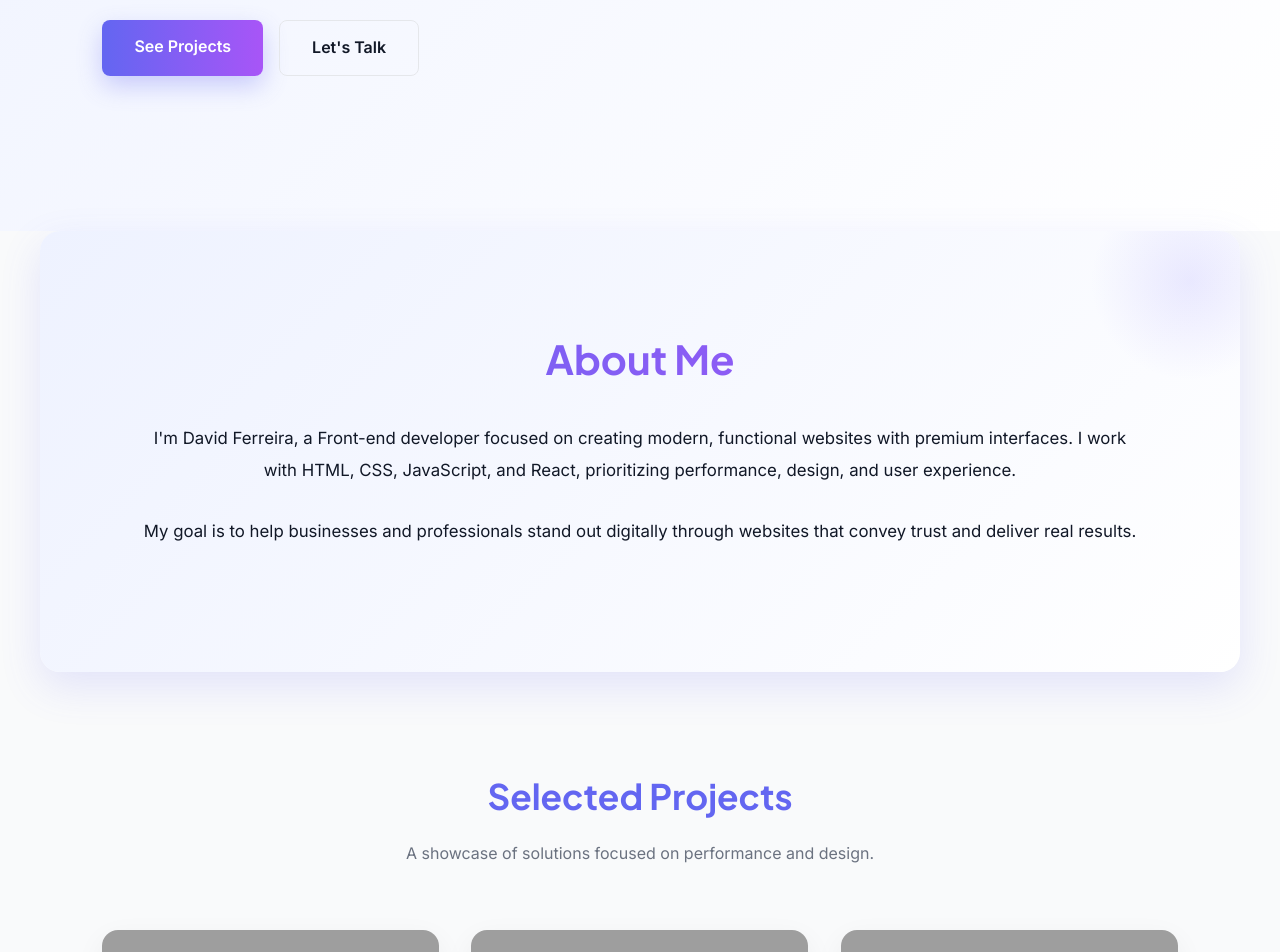
Repository: davidfsillva/David_Ferreira
Page: index.html
The author's editor kept a copy of each file at every save. The page is drawn from the files as they stood at one save, then again after the next save.
The browser window is 1280 px wide. The pictures show the part of the page from y = 489 to 1441 px (the page is 2882 px tall before and 2946 px after).
Pictures or frames that could not be fetched are drawn as grey boxes.

Above is the page before, as saved 2026-02-11 15:13:09.
Console error: TypeError: Cannot read properties of null (reading 'addEventListener')

### index.html
<!DOCTYPE html>
<html lang="en">
<head>
    <meta charset="UTF-8">
    <meta name="viewport" content="width=device-width, initial-scale=1.0">

    <title>David Ferreira | Front-end Developer & Premium UI Designer</title>

    <!-- Primary SEO -->
    <meta name="description" content="David Ferreira is a front-end developer specialized in premium interfaces, high-conversion landing pages, and modern digital experiences.">
    <meta name="keywords" content="Front-end Developer, Web Designer, UI Designer, Landing Page, Web Development, Freelancer Brazil">
    <meta name="author" content="David Ferreira">
    <meta name="robots" content="index, follow">
    <link rel="canonical" href="https://yourdomain.com/">

    <!-- Open Graph (Facebook, LinkedIn) -->
    <meta property="og:title" content="David Ferreira | Premium Front-end Developer">
    <meta property="og:description" content="High-standard digital interfaces focused on performance and conversion.">
    <meta property="og:image" content="https://yourdomain.com/preview.jpg">
    <meta property="og:url" content="https://yourdomain.com/">
    <meta property="og:type" content="website">

    <!-- Twitter Card -->
    <meta name="twitter:card" content="summary_large_image">
    <meta name="twitter:title" content="David Ferreira | Web Developer">
    <meta name="twitter:description" content="Premium web development focused on performance and modern design.">
    <meta name="twitter:image" content="https://yourdomain.com/preview.jpg">

    <!-- Favicon -->
    <link rel="icon" href="favicon.ico" type="image/x-icon">

    <!-- Fonts -->
    <link href="https://fonts.googleapis.com/css2?family=Inter:wght@300;400;600&family=Plus+Jakarta+Sans:wght@700;800&display=swap" rel="stylesheet">

    <!-- Font Awesome -->
    <link rel="stylesheet" href="https://cdnjs.cloudflare.com/ajax/libs/font-awesome/6.5.0/css/all.min.css" integrity="sha512-..." crossorigin="anonymous" referrerpolicy="no-referrer" />

    <link rel="stylesheet" href="style.css">
</head>

<body>

    <!-- NAVBAR -->
    <nav class="navbar">
        <div class="logo"><a href="#">David | Web Developer<span>.</span></a></div>

        <ul class="nav-links">
            <li><a href="#about">About</a></li>
            <li><a href="#portfolio">Projects</a></li>
            <li><a href="#contact" class="btn-sm">Contact</a></li>
        </ul>
    </nav>

    <!-- HERO -->
    <section class="hero">
        <div class="hero-content">
            <h1>Creating high-level digital <span> with code experiences</span></h1>
            <p>Front-end developer specialized in high-standard interfaces and landing pages focused on results.</p>
            <div class="hero-btns">
                <a href="#portfolio" class="btn-primary">See Projects</a>
                <a href="#contact" class="btn-secondary">Let's Talk</a>
            </div>
        </div>
        <div class="hero-visual">
            <div class="hero-glow"></div>
        </div>
    </section>

    <!-- ABOUT -->
    <section id="about" class="section">
        <h2>About Me</h2>
        <p>I'm David Ferreira, a Front-end developer focused on creating modern, functional websites with premium interfaces. I work with HTML, CSS, JavaScript, and React, prioritizing performance, design, and user experience.</p>
        <p>My goal is to help businesses and professionals stand out digitally through websites that convey trust and deliver real results.</p>
    </section>

    <!-- PORTFOLIO -->
    <section id="portfolio" class="portfolio">
        <div class="section-header">
            <h2>Selected Projects</h2>
            <p>A showcase of solutions focused on performance and design.</p>
        </div>
        <div class="portfolio-grid">
            <!-- Project 1 -->
            <a href="https://davidfsillva.github.io/Alex-Carter/" target="_blank" class="project-link">
                <div class="project-card">
                    <div class="card-image">
                        <img src="img/alex.png" alt="Alex Carter Project">
                        <div class="card-overlay"><span>View Details</span></div>
                    </div>
                    <div class="card-info">
                        <h3>Alex Carter | Landing Page</h3>
                        <p>Personal branding website for a professional athlete.</p>
                    </div>
                </div>
            </a>

            <!-- Project 2 -->
            <a href="https://davidfsillva.github.io/e-hammershark/" target="_blank" class="project-link">
                <div class="project-card">
                    <div class="card-image">
                        <img src="img/ecomerce.png" alt="Hammershark Project">
                        <div class="card-overlay"><span>View Details</span></div>
                    </div>
                    <div class="card-info">
                        <h3>Hammershark | E-commerce</h3>
                        <p>Fitness fashion e-commerce, focused on branding and shopping experience.</p>
                    </div>
                </div>
            </a>

            <!-- Project 3 -->
            <a href="https://davidfsillva.github.io/landing-page/" target="_blank" class="project-link">
                <div class="project-card">
                    <div class="card-image">
                        <img src="img/landingpage.png" alt="Landing Page Project">
                        <div class="card-overlay"><span>View Details</span></div>
                    </div>
                    <div class="card-info">
                        <h3>Lucas Andrade | Landing Page</h3>
                        <p>Strategic landing page for lead generation and conversion.</p>
                    </div>
                </div>
            </a>

            <!-- Project 4 -->
            <a href="https://davidfsillva.github.io/beatriz-almeida-adv/" target="_blank" class="project-link">
                <div class="project-card">
                    <div class="card-image">
                        <img src="img/adv.png" alt="Beatriz Almeida Law Firm Project">
                        <div class="card-overlay"><span>View Details</span></div>
                    </div>
                    <div class="card-info">
                        <h3>Beatriz Almeida Law Firm | Institutional Website</h3>
                        <p>Institutional website conveying authority and trust.</p>
                    </div>
                </div>
            </a>
        </div>
    </section>

    <!-- CTA / CONTACT -->
    <section id="contact" class="cta-section">
        <h2>Ready to elevate your digital presence?</h2>
        <p>Turn your idea into a high-standard digital interface.</p>
        <a href="https://wa.me/5511990242453" target="_blank" class="btn-whatsapp">Start a WhatsApp Conversation</a>
    </section>

    <!-- FOOTER -->
    <footer>
        <div class="footer-content">
            <p>&copy; 2026 David Ferreira. All rights reserved.</p>
            <div class="social-links">
                <a href="mailto:davidfsillva@icloud.com" target="_blank" rel="noopener noreferrer"><i class="fa-solid fa-envelope"></i></a>
                <a href="https://www.instagram.com/david_websites?igsh=MWdmZWJ3MW80N3JsNQ==" target="_blank" rel="noopener noreferrer"><i class="fa-brands fa-instagram"></i></a>
            </div>
        </div>
    </footer>

    <script src="scripts.js"></script>
</body>
</html>

### style.css
:root {
  --primary: #6366f1;
  --primary-light: #818cf8;
  --accent: #a855f7;
  --text-dark: #111827;
  --text-light: #6b7280;
  --bg-light: #f9fafb;
  --white: #ffffff;
  --transition: all 0.3s ease;
}

/* RESET */
* {
  margin: 0;
  padding: 0;
  box-sizing: border-box;
}

html {
  scroll-behavior: smooth;   /* já tinha */
  scroll-padding-top: 70px; /* ajuste esse valor para altura da navbar */
}


body {
  font-family: 'Inter', sans-serif;
  background: var(--bg-light);
  color: var(--text-dark);
  line-height: 1.6;
  animation: fadePage 0.8s ease-in-out;
}

@keyframes fadePage {
  from { opacity: 0; transform: translateY(10px); }
  to { opacity: 1; transform: translateY(0); }
}

/* NAVBAR */
.navbar {
  position: fixed;
  width: 100%;
  top: 0;
  padding: 1.5rem 8%;
  display: flex;
  justify-content: space-between;
  align-items: center;
  background: rgba(255,255,255,0.85);
  backdrop-filter: blur(12px);
  box-shadow: 0 4px 20px rgba(0,0,0,0.05);
  z-index: 1000;
  transition: var(--transition);
}

.logo {
  font-family: 'Plus Jakarta Sans', sans-serif;
  font-weight: 800;
  font-size: 1.5rem;
}

.logo a {
  text-decoration: none;   /* remove o sublinhado */
  color: var(--text-dark); /* cor principal da logo */
  font-weight: 800;
  font-size: 1.5rem;
}

.logo a span {
  color: var(--primary);   /* deixa apenas o ponto colorido */
}


.logo span {
  color: var(--primary);
}

.nav-links {
  display: flex;
  list-style: none;
  gap: 2rem;
}

.nav-links a {
  text-decoration: none;
  color: var(--text-light);
  font-weight: 500;
  transition: var(--transition);
}

.nav-links a:hover {
  color: var(--primary);
  transform: translateY(-2px);
}

/* HERO */
.hero {
  min-height: 100vh;
  padding: 120px 8% 80px; /* aumentei de 60px para 80px */
  display: flex;
  align-items: center;
  justify-content: space-between;
  background: linear-gradient(135deg, #eef2ff, #ffffff);
  flex-wrap: wrap;
}

.hero-content {
  max-width: 600px;
  animation: heroFade 1s ease 0.2s both;
}

@keyframes heroFade {
  from { opacity: 0; transform: translateY(40px); }
  to { opacity: 1; transform: translateY(0); }
}

.badge {
  display: inline-block;
  padding: 0.5rem 1rem;
  background: rgba(99,102,241,0.1);
  color: var(--primary);
  border-radius: 20px;
  font-size: 0.8rem;
  font-weight: 600;
  margin-bottom: 1.5rem;
}

.hero h1 {
  font-family: 'Plus Jakarta Sans', sans-serif;
  font-size: clamp(2rem, 5vw, 3.5rem);
  line-height: 1.2;
  margin-bottom: 1.5rem;
}

.hero h1 span {
  background: linear-gradient(90deg, var(--primary), var(--accent));
  -webkit-background-clip: text;
  -webkit-text-fill-color: transparent;
}

.hero p {
  font-size: 1.1rem;
  color: var(--text-light);
  margin-bottom: 2rem;
}

/* BUTTONS */
.btn-primary,
.btn-secondary,
.btn-whatsapp {
  display: inline-block;
  padding: 0.9rem 2rem;
  border-radius: 8px;
  text-decoration: none;
  font-weight: 600;
  transition: all 0.3s ease;
  position: relative;
  overflow: hidden;
}

.btn-primary {
  background: linear-gradient(90deg, var(--primary), var(--accent));
  color: white;
  box-shadow: 0 10px 25px rgba(99,102,241,0.3);
}

.btn-primary:hover {
  transform: translateY(-4px) scale(1.03);
}

.btn-primary:active {
  transform: scale(0.96);
}

.btn-primary::after {
  content: "";
  position: absolute;
  width: 200%;
  height: 200%;
  background: radial-gradient(circle, rgba(255,255,255,0.4), transparent 60%);
  top: -50%;
  left: -50%;
  opacity: 0;
  transition: opacity 0.4s ease;
}

.btn-primary:hover::after {
  opacity: 1;
}

.btn-secondary {
  border: 1px solid #e5e7eb;
  color: var(--text-dark);
  margin-left: 1rem;
}

.btn-secondary:hover {
  background: #f3f4f6;
  transform: translateY(-4px);
}

.btn-secondary:active {
  transform: scale(0.96);
}

.btn-whatsapp {
  background: #25d366;
  color: white;
}

.btn-whatsapp:hover {
  transform: translateY(-4px) scale(1.03);
}

.btn-whatsapp:active {
  transform: scale(0.96);
}

.hero-btns {
  display: flex;
  flex-wrap: wrap;
}

#about {
  text-align: center;
  max-width: 1200px; /* ocupa mais largura sem ficar exagerado */
  margin: 0 auto;
  padding: 6rem 8%;
  background: linear-gradient(135deg, #eef2ff 0%, #ffffff 100%); /* combina com hero */
  border-radius: 20px; /* bordas suaves */
  box-shadow: 0 15px 40px rgba(99,102,241,0.15); /* sombra leve e elegante */
  position: relative;
  overflow: hidden;
}

#about::before {
  content: "";
  position: absolute;
  width: 200px;
  height: 200px;
  background: radial-gradient(circle, rgba(163,155,253,0.2), transparent 70%);
  top: -50px;
  right: -50px;
  border-radius: 50%;
  z-index: 0;
  animation: pulseGlow 6s infinite ease-in-out;
}

#about h2 {
  font-family: 'Plus Jakarta Sans', sans-serif;
  font-size: clamp(2rem, 4vw, 2.5rem);
  margin-bottom: 2rem;
  position: relative;
  z-index: 1;
  background: linear-gradient(90deg, var(--primary), var(--accent));
  -webkit-background-clip: text;
  -webkit-text-fill-color: transparent;
}

#about p {
  font-size: 1.05rem;
  line-height: 1.9;
  color: var(--text-dark);
  margin-bottom: 1.8rem;
  position: relative;
  z-index: 1;
  opacity: 0;
  transform: translateY(20px);
  animation: fadeUp 1s forwards;
  animation-delay: 0.3s;
}

/* Animação suave */
@keyframes fadeUp {
  to {
    opacity: 1;
    transform: translateY(0);
  }
}



/* HERO VISUAL */
.hero-visual {
  flex: 1;
  min-height: 400px;
  display: flex;
  justify-content: center;
  align-items: center;
}

.hero-glow {
  width: 380px;
  height: 380px;
  background: url('img/dashboard.png') no-repeat center center;
  background-size: contain;
  animation: float-rotate 8s ease-in-out infinite;
}

@keyframes float-rotate {
  0%   { transform: translateY(0px) rotate(0deg); }
  50%  { transform: translateY(-10px) rotate(3deg); }
  100% { transform: translateY(0px) rotate(0deg); }
}

/* PORTFOLIO */
.portfolio {
  padding: 6rem 8%;
}

.section-header {
  text-align: center;
  margin-bottom: 4rem;
}

.section-header h2 {
  font-family: 'Plus Jakarta Sans', sans-serif;
  font-size: 2.2rem;
  margin-bottom: 1rem;
  color: var(--primary)
}

.section-header p {
  color: var(--text-light);
}

.portfolio-grid {
  display: grid;
  grid-template-columns: repeat(auto-fit, minmax(280px, 1fr));
  gap: 2rem;
}

.project-card {
  background: var(--white);
  border-radius: 16px;
  overflow: hidden;
  box-shadow: 0 10px 30px rgba(0,0,0,0.06);
  cursor: pointer;
  transition: transform 0.4s ease, box-shadow 0.4s ease;
  will-change: transform;
}

.project-card:hover {
  transform: translateY(-12px) scale(1.03);
  box-shadow: 0 25px 50px rgba(99,102,241,0.2);
}

.card-image {
  position: relative;
  overflow: hidden;
}

.card-image img {
  width: 100%;
  height: 220px;
  object-fit: cover;
  display: block;
  transition: transform 0.6s ease;
}

.project-card:hover .card-image img {
  transform: scale(1.08);
}

.card-overlay {
  position: absolute;
  inset: 0;
  background: rgba(99,102,241,0.8);
  display: flex;
  justify-content: center;
  align-items: center;
  color: white;
  font-weight: 600;
  opacity: 0;
  transition: opacity 0.4s ease;
}

.project-card:hover .card-overlay {
  opacity: 1;
}

.card-info {
  padding: 1.5rem;
}

.card-info h3 {
  margin-bottom: 0.5rem;
}

.card-info p {
  color: var(--text-light);
}

.project-link {
  text-decoration: none;
  color: inherit;
  display: block;
}


/* CTA */
.cta-section {
  padding: 5rem 8%;
  text-align: center;
  background: linear-gradient(135deg, #eef2ff, #ffffff);
}

/* FOOTER */
footer {
  padding: 5rem 8%;
  background: var(--white);
  border-top: 1px solid #e5e7eb;
  text-align: center; /* centraliza texto */

}

.footer-content {
  display: flex;
  flex-direction: column; /*empilha elementos verticalmente */
  align-items: center;    /* centraliza horizontalmente */
  gap: 1rem;              /* espaçamento entre elementos */
}

.social-links a {
  text-decoration: none;
  margin-left: 1rem;
  color: var(--text-light);
  transition: var(--transition);
}

.social-links a:hover {
  color: var(--primary);
  transform: translateY(-2px);
}

.cta-section p {
  color: var(--text-light);
  margin-bottom: 2.5rem; /* aumenta espaço abaixo do texto */
}

.btn-whatsapp {
  display: inline-block;
  background: #25d366;
  color: white;
  padding: 1rem 2rem;
  border-radius: 8px;
  text-decoration: none;
  font-weight: 600;
  transition: var(--transition);
  margin-top: 0.5rem; /* pequeno respiro extra */
}


/* MODAL */
.modal-overlay {
  position: fixed;
  inset: 0;
  background: rgba(0,0,0,0.6);
  display: none;
  justify-content: center;
  align-items: center;
  padding: 2rem;
  z-index: 2000;
}

.modal-content {
  background: white;
  width: 100%;
  max-width: 900px;
  border-radius: 20px;
  overflow: hidden;
  animation: modalZoom 0.4s cubic-bezier(.23,1,.32,1);
  position: relative;
}

@keyframes modalZoom {
  from { opacity: 0; transform: scale(0.85) translateY(20px); }
  to { opacity: 1; transform: scale(1) translateY(0); }
}

.modal-body {
  display: grid;
  grid-template-columns: 1fr 1fr;
}

.modal-img {
  min-height: 300px;
  background-size: cover !important;
}

.modal-text {
  padding: 2rem;
}

.close-modal {
  position: absolute;
  top: 20px;
  right: 25px;
  background: none;
  border: none;
  font-size: 2rem;
  cursor: pointer;
  transition: transform 0.3s ease;
}

.close-modal:hover {
  transform: rotate(90deg);
}

/* RESPONSIVO */
@media (max-width: 900px) {
  .hero {
    flex-direction: column;
    text-align: center;
  }

  .hero-visual {
    margin-top: 3rem;
  }

  .modal-body {
    grid-template-columns: 1fr;
  }
}

@media (max-width: 600px) {
  .navbar {
    padding: 1rem 5%;
  }

  .nav-links {
    display: none;
  }

  .hero {
    padding: 100px 5% 60px;
  }

  .portfolio {
    padding: 4rem 5%;
  }

  .cta-section {
    padding: 4rem 5%;
  }

  footer {
    padding: 2rem 5%;
  }

  .footer-content {
    flex-direction: column;
    text-align: center;
  }

  .social-links a {
    margin: 0 0.5rem;
  }
}

### scripts.js
// =============================
// NAVBAR SCROLL EFFECT
// =============================
const navbar = document.querySelector(".navbar");

window.addEventListener("scroll", () => {
  if (window.scrollY > 50) {
    navbar.style.padding = "1rem 8%";
    navbar.style.boxShadow = "0 8px 25px rgba(0,0,0,0.08)";
  } else {
    navbar.style.padding = "1.5rem 8%";
    navbar.style.boxShadow = "0 4px 20px rgba(0,0,0,0.05)";
  }
});

// =============================
// MODAL FUNCTIONALITY
// =============================
const modal = document.querySelector(".modal-overlay");
const modalImg = document.querySelector(".modal-img");
const modalTitle = document.querySelector(".modal-text h3");
const modalDesc = document.querySelector(".modal-text p");
const closeModal = document.querySelector(".close-modal");

const projectCards = document.querySelectorAll(".project-card");

projectCards.forEach(card => {
  card.addEventListener("click", () => {
    const title = card.querySelector("h3").innerText;
    const desc = card.querySelector("p").innerText;
    const img = card.querySelector("img").src;

    modalTitle.innerText = title;
    modalDesc.innerText = desc;
    modalImg.style.backgroundImage = `url(${img})`;

    modal.style.display = "flex";
    document.body.style.overflow = "hidden";
  });
});

// Fechar modal
closeModal.addEventListener("click", () => {
  modal.style.display = "none";
  document.body.style.overflow = "auto";
});

// Fechar clicando fora
modal.addEventListener("click", (e) => {
  if (e.target === modal) {
    modal.style.display = "none";
    document.body.style.overflow = "auto";
  }
});

// Fechar com ESC
document.addEventListener("keydown", (e) => {
  if (e.key === "Escape") {
    modal.style.display = "none";
    document.body.style.overflow = "auto";
  }
});

// =============================
// SCROLL REVEAL ANIMATION
// =============================
const revealElements = document.querySelectorAll(
  ".hero-content, .project-card, .section-header, .cta-section"
);

const observer = new IntersectionObserver(
  (entries) => {
    entries.forEach(entry => {
      if (entry.isIntersecting) {
        entry.target.style.opacity = "1";
        entry.target.style.transform = "translateY(0)";
      }
    });
  },
  { threshold: 0.2 }
);

revealElements.forEach(el => {
  el.style.opacity = "0";
  el.style.transform = "translateY(40px)";
  el.style.transition = "all 0.8s ease";
  observer.observe(el);
});

// =============================
// BUTTON MICRO INTERACTION
// =============================
const buttons = document.querySelectorAll(".btn-primary, .btn-secondary, .btn-whatsapp");

buttons.forEach(btn => {
  btn.addEventListener("mouseenter", () => {
    btn.style.transform = "scale(1.05)";
  });

  btn.addEventListener("mouseleave", () => {
    btn.style.transform = "scale(1)";
  });
});

After the next save:
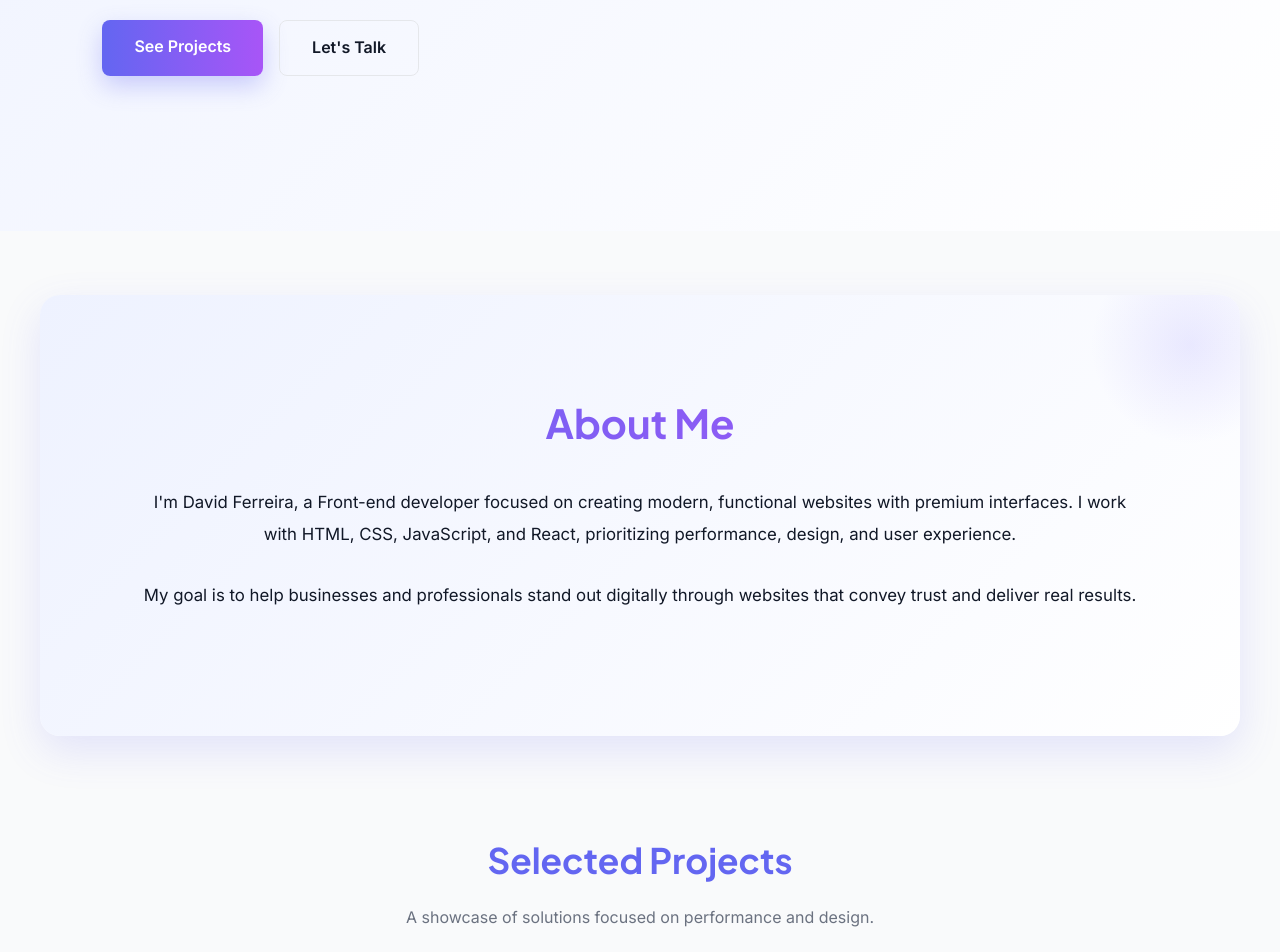
Saved 23 s later.
--- a/style.css
+++ b/style.css
@@ -221,12 +221,12 @@ body {
 
 #about {
   text-align: center;
-  max-width: 1200px; /* ocupa mais largura sem ficar exagerado */
-  margin: 0 auto;
+  max-width: 1200px;
+  margin: 4rem auto 0; /* adiciona mais distância do Hero */
   padding: 6rem 8%;
-  background: linear-gradient(135deg, #eef2ff 0%, #ffffff 100%); /* combina com hero */
-  border-radius: 20px; /* bordas suaves */
-  box-shadow: 0 15px 40px rgba(99,102,241,0.15); /* sombra leve e elegante */
+  background: linear-gradient(135deg, #eef2ff 0%, #ffffff 100%);
+  border-radius: 20px;
+  box-shadow: 0 15px 40px rgba(99,102,241,0.15);
   position: relative;
   overflow: hidden;
 }
